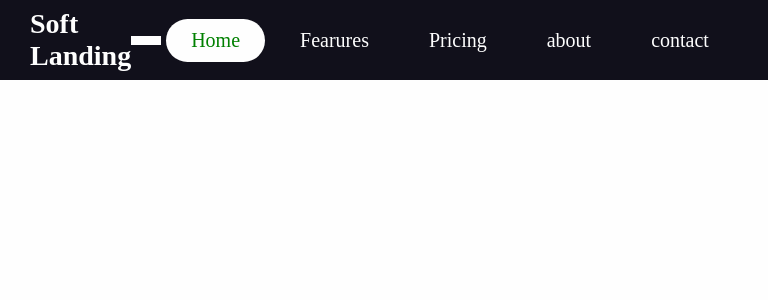
Repository: AMIT1439027/Gobbart-task
Page: index.html
The author's editor kept a copy of each file at every save. The page is drawn from the files as they stood at one save, then again after a run of saves.
The browser window is 768 px wide. The pictures show the whole page.

Above is the page before, as saved 2024-04-20 14:27:31.

After the next 2 saves:
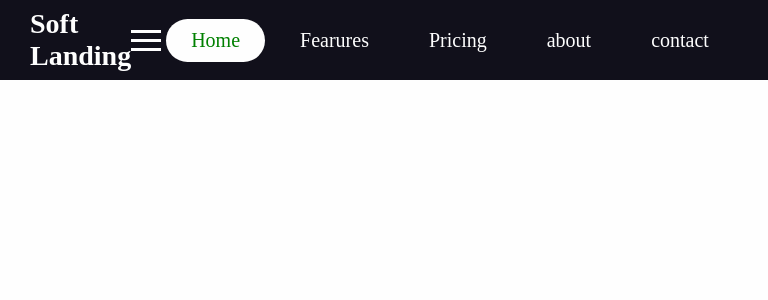
The 2 saves are shown as one change because they came seconds apart.
The last was saved 41 s later.
--- a/style.css
+++ b/style.css
@@ -81,6 +81,6 @@
     width: 30px;
     height:3px;
     background:#fefefe;
-    margin: ;
+    margin: 6px 0;
    }
 }
